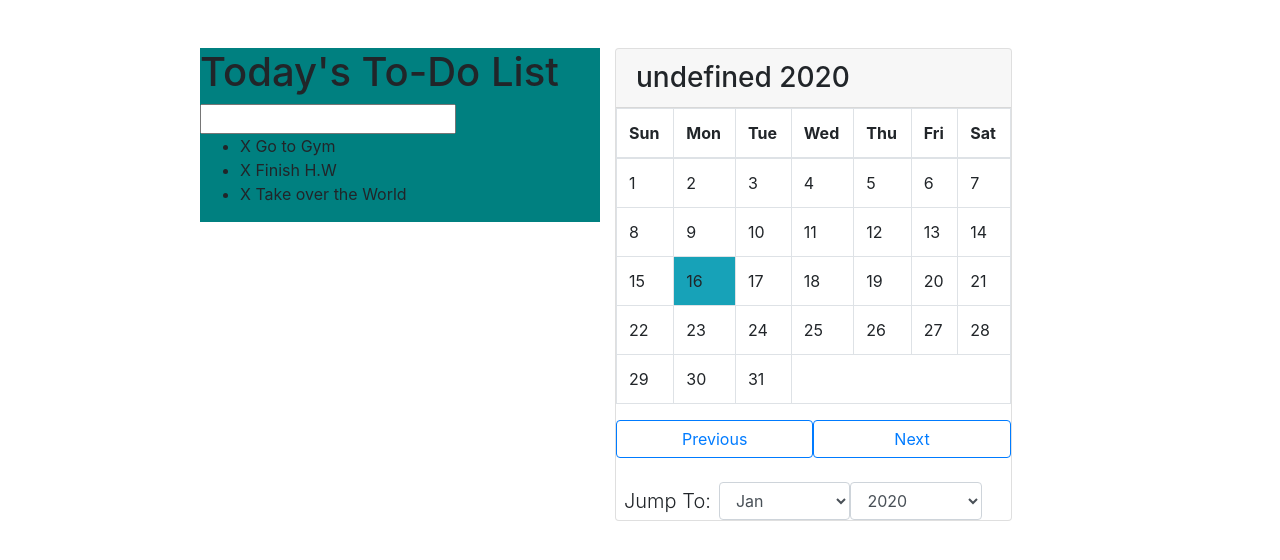
Repository: kkyler24/DayPlanner
Page: Index.html
These files come from the project's save history. The page is drawn as it stood at one moment and after the next save; the edit follows.
The browser window is 1280 px wide. The pictures show the whole page.
Some web libraries are served in a nearby version.

Above is the page before, as saved 2020-03-25 16:45:09.

### Index.html
<!DOCTYPE html>
<html lang="en">
<head>
    <meta charset="UTF-8">
    <meta name="viewport" content="width=device-width, initial-scale=1.0">
    <script type="text/javascript" src="Assets/todoJS/Lib/jquery-3.4.1.min.js" ></script>
    <!-- Style Sheets -->
    <link rel="stylesheet" href="https://maxcdn.bootstrapcdn.com/bootstrap/4.0.0/css/bootstrap.min.css" integrity="sha384-Gn5384xqQ1aoWXA+058RXPxPg6fy4IWvTNh0E263XmFcJlSAwiGgFAW/dAiS6JXm" crossorigin="anonymous">
    <link rel="stylesheet" type="text/CSS" href="Assets/todocss/todostyles.css">
    <link rel="stylesheet"  type="text/CSS" href="style.css">
    <title>Planner</title>
</head>
<body>
<Main>
<!-- todo list Set up -->
<Div>
<Section>
    <div id="ContainerTodo">
        <H1>Today's To-Do List</H1>
        <input type="text">
        <ul>
            <li><span>X</span> Go to Gym</li>
            <li><span>X</span> Finish H.W</li>
            <li><span>X</span> Take over the World</li>
        </ul>





         </div>
 <!-- calendar set up -->
    <div class="container col-sm-4 col-md-7 col-lg-4 mt-5">
        <div class="card">
            <h3 class="card-header" id="monthAndYear"></h3>
            <table class="table table-bordered table-responsive-md" id="calendar">
                <thead>
                <tr>
                    <th>Sun</th>
                    <th>Mon</th>
                    <th>Tue</th>
                    <th>Wed</th>
                    <th>Thu</th>
                    <th>Fri</th>
                    <th>Sat</th>
                </tr>
                </thead>

                <tbody id="calendar-body">

                </tbody>
            </table>

            <div class="form-inline">

                <button class="btn btn-outline-primary col-sm-6" id="previous" onclick="previous()">Previous</button>

                <button class="btn btn-outline-primary col-sm-6" id="next" onclick="next()">Next</button>
            </div>
            <br/>
            <form class="form-inline">
                <label class="lead mr-2 ml-2" for="month">Jump To: </label>
                <select class="form-control col-sm-4" name="month" id="month" onchange="jump()">
                    <option value=0>Jan</option>
                    <option value=1>Feb</option>
                    <option value=2>Mar</option>
                    <option value=3>Apr</option>
                    <option value=4>May</option>
                    <option value=5>Jun</option>
                    <option value=6>Jul</option>
                    <option value=7>Aug</option>
                    <option value=8>Sep</option>
                    <option value=9>Oct</option>
                    <option value=10>Nov</option>
                    <option value=11>Dec</option>
                </select>


                <label for="year"></label><select class="form-control col-sm-4" name="year" id="year" onchange="jump()">

                <option value=2020>2020</option>
                <option value=2021>2021</option>
                <option value=2022>2022</option>
                <option value=2023>2023</option>
                <option value=2024>2024</option>
                <option value=2025>2025</option>
                <option value=2026>2026</option>
                <option value=2027>2027</option>
                <option value=2028>2028</option>
                <option value=2029>2029</option>
                <option value=2030>2030</option>
                <option value=2030>2030</option>
                <option value=2030>2030</option>
                <option value=2030>2030</option>
                <option value=2030>2030</option>
            </select></form>
        </div>
    </div>
    <!--<button name="jump" onclick="jump()">Go</button>-->
</sectiontwo>
</Div>
</Main>
<script src="https://code.jquery.com/jquery-3.2.1.slim.min.js" integrity="sha384-KJ3o2DKtIkvYIK3UENzmM7KCkRr/rE9/Qpg6aAZGJwFDMVNA/GpGFF93hXpG5KkN" crossorigin="anonymous"></script>
<script src="https://cdnjs.cloudflare.com/ajax/libs/popper.js/1.12.9/umd/popper.min.js" integrity="sha384-ApNbgh9B+Y1QKtv3Rn7W3mgPxhU9K/ScQsAP7hUibX39j7fakFPskvXusvfa0b4Q" crossorigin="anonymous"></script>
<script src="https://maxcdn.bootstrapcdn.com/bootstrap/4.0.0/js/bootstrap.min.js" integrity="sha384-JZR6Spejh4U02d8jOt6vLEHfe/JQGiRRSQQxSfFWpi1MquVdAyjUar5+76PVCmYl" crossorigin="anonymous"></script>

<Script type="text/javascript" src="javascript.js"></Script>
<Script type="text/javascript" src="Assets/todo JS/todo.js"></Script>
</body>
</html>

### Assets/todocss/todostyles.css
#ContainerTodo{
  background: teal;
  width: 400px;
  margin-top:3rem;
  margin-left:200px ;
  float: left;

}

### style.css
.container{
    margin-right: 150px;
    margin-top: 3rem;
    float: left;

}

### javascript.js
let today = new Date();
let currentMonth = today.getMonth();
let currentYear = today.getFullYear();
let selectYear = document.getElementById("year");
let selectMonth = document.getElementById("month");


let months = ["January", "February", "March", "April", "May", "June", "July", "August", "September", "October", "November", "December"];

let monthAndYear = document.getElementById("monthAndYear");
showCalendar(currentMonth, currentYear);

function showCalendar(month, year){

    let firstDay =(new Date(year, month)).getDay();
    let daysInMonth = 32- new Date(year, month, 32).getDate();

    // -->body of the Calendar<--
    let tbl = document.getElementById("calendar-body");


// -->clear previous cells, for new month<--
    tbl.innerHTML="";

    monthAndYear.innerHTML= months[months]+" "+ year;

    // --> create cells for Calendar<--
    let date = 1;
    for(let i = 0; i < 6; i++){
        let row  = document.createElement("tr");
        // --> creating table rows. not really sure about the 6 part. inquire why you need a 6 and not a 7-->

        // creating indivdual cells, and putting data in them.

        for(let j = 0; j < 7; j++){
            if(i===0 && j< firstDay){
                let cell = document.createElement("td");
                let cellText = document.createTextNode("");
                cell.appendChild(cellText);
                row.appendChild(cell);
            }
            else if(date > daysInMonth)
             { break;

        }
        else {
            let cell = document.createElement("td");
            let cellText = document.createTextNode(date);
            if(date ===today.getDate() && year === today.getFullYear() && month === today.getMonth()){
                cell.classList.add
                // --> bootstrap colors, try to get a wider variety of colors <--
                ("bg-info");
            }
            cell.appendChild(cellText);
            row.appendChild(cell);


        }
        date++;

        }

        tbl.appendChild(row);

    }

}

function previous(){
    currentYear =( currentMonth === 0)? currentYear -1 : currentYear;
    currentMonth = currentMonth === 0? 11:currentMonth-1;
    showCalendar(currentMonth, currentYear);
}

function next(){
    currentYear = (currentMonth ===11)? currentYear + 1: currentYear;
    currentMonth = (currentMonth + 1) % 12;
    showCalendar (currentMonth, currentYear);

}
// To do list set up

Loaded but not shown: Assets/todo JS/Lib/jquery-3.4.1.min.js (library); Assets/todo JS/todo.js (no stored copy; drawn as an empty file)

After the next save:
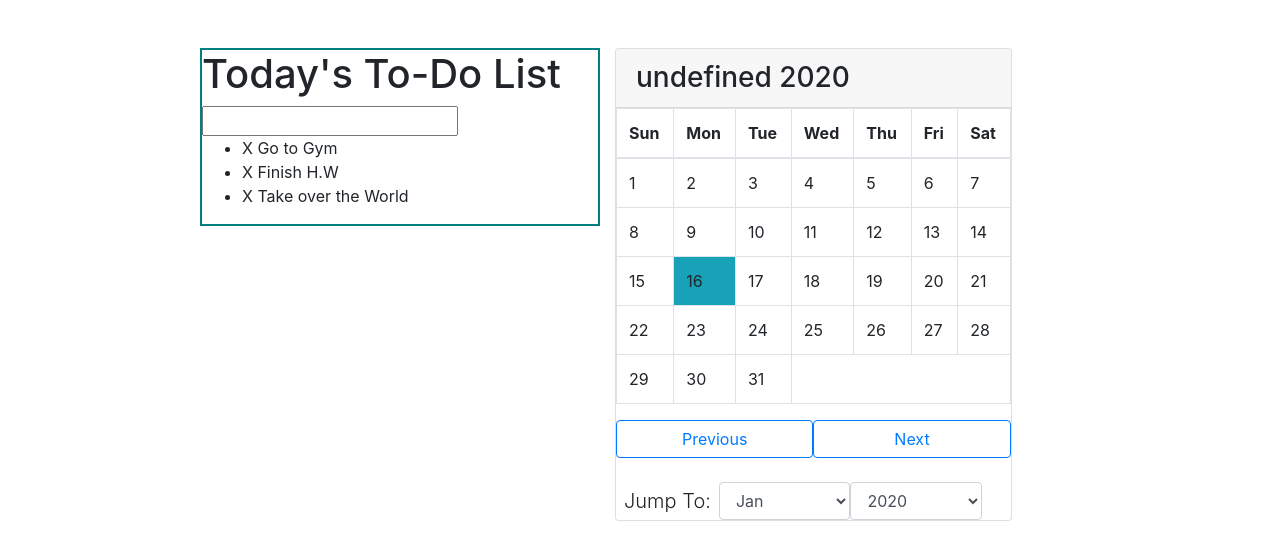
Saved 4 min 39 s later.
--- a/Assets/todocss/todostyles.css
+++ b/Assets/todocss/todostyles.css
@@ -1,5 +1,5 @@
 #ContainerTodo{
-  background: teal;
+  border: 2px solid teal ;
   width: 400px;
   margin-top:3rem;
   margin-left:200px ;
